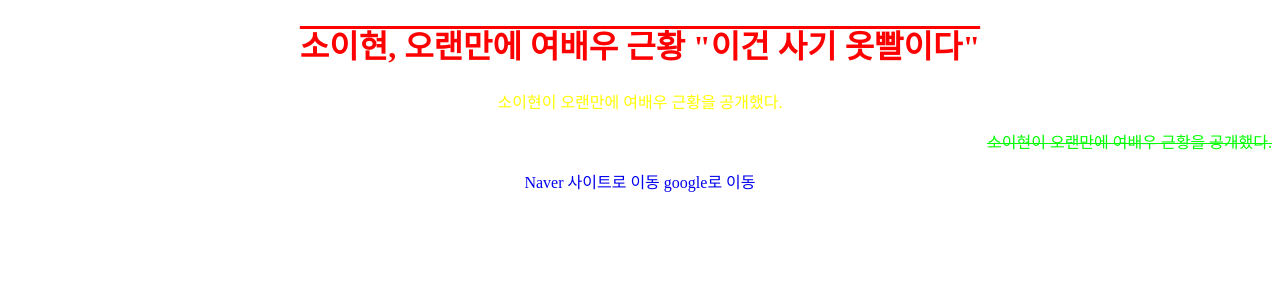
Repository: Seokho96/CSSPractice
Page: css/sample02/WebContent/index1.html
The author's editor kept a copy of each file at every save. The page is drawn from the files as they stood at one save, then again after the next save.
The browser window is 1280 px wide. The pictures show the whole page.

Above is the page before, as saved 2020-07-13 02:40:05.

### css/sample02/WebContent/index1.html
<!DOCTYPE html>
<html>
<head>
<meta charset="UTF-8">
<title>Insert title here</title>

<style type="text/css">

body{
   color: blue;
   text-align: center;
}
h1{
   color: #ff0000;
   text-decoration: overline;
}
p{
   color: #ffff00;
}
.ex {
   color: rgb(0, 255, 0);
   text-align: right;
   text-decoration: line-through;
}
a{
   text-decoration: none;
}
</style>
</head>
<body>

<h1>소이현, 오랜만에 여배우 근황 "이건 사기 옷빨이다"</h1>

<p>소이현이 오랜만에 여배우 근황을 공개했다.</p>

<p class="ex">소이현이 오랜만에 여배우 근황을 공개했다.</p>

<a href="http://www.naver.com">Naver 사이트로 이동</a>
<a href="http://www.google.com">google로 이동</a>
</body>
</html>

After the next save:
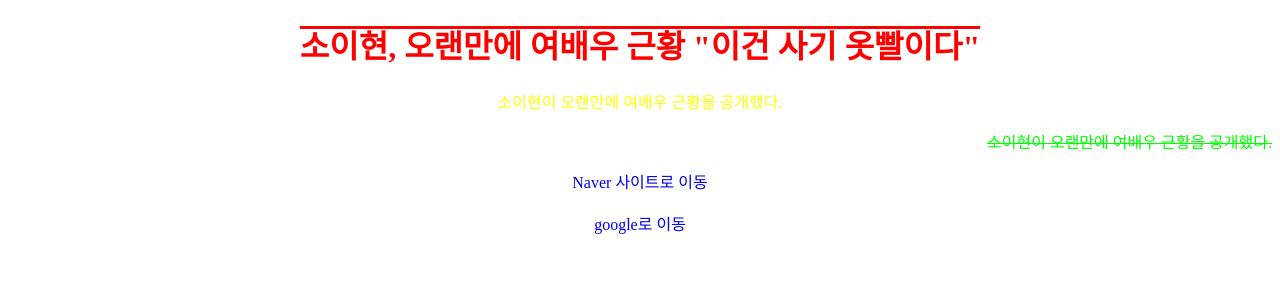
Saved 12 s later.
--- a/css/sample02/WebContent/index1.html
+++ b/css/sample02/WebContent/index1.html
@@ -35,7 +35,7 @@ a{
 
 <p class="ex">소이현이 오랜만에 여배우 근황을 공개했다.</p>
 
-<a href="http://www.naver.com">Naver 사이트로 이동</a>
+<a href="http://www.naver.com">Naver 사이트로 이동</a><br><br>
 <a href="http://www.google.com">google로 이동</a>
 </body>
 </html>
